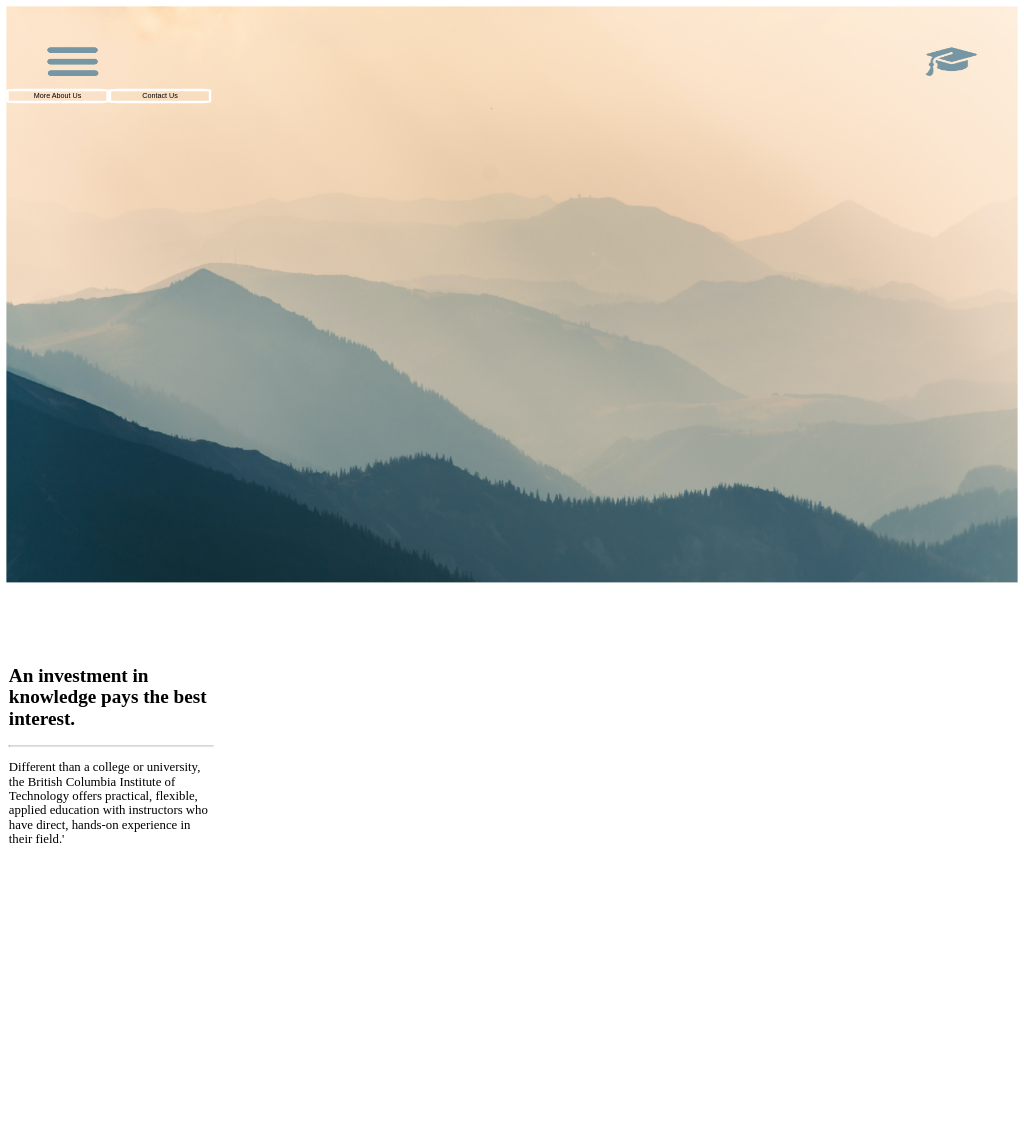
Repository: sierralaurent/MDIA2109-Assignment01
Page: /
The author's editor kept a copy of each file at every save. The page is drawn from the files as they stood at one save, then again after the next save.
The browser window is 1280 px wide. The pictures show the whole page, at 80% of full size.
The project was rebuilt for these pictures with package versions that can differ from the ones it lists, and the page was loaded fresh each time. The framework's server and built-in components were replaced by stand-ins that run in the browser. Also part of the build but not shown: next.config.js.

Above is the page before, as saved 2023-02-01 16:37:11.

### pages/index.js
import Head from 'next/head'
import Image from 'next/image'
import { Inter } from '@next/font/google'
import styles from '@/styles/Home.module.css'
import Link from 'next/link'

const inter = Inter({ subsets: ['latin'] })

export default function Home() {
  return (
    <>
    <nav>
      <Head>
        <title>Home</title>
        <meta name="author" content="MDIA 2109" />
        <meta property="og:title" content="Assignment #1 - Home Page" />
        <meta property="og:description" content="BCIT Digital Design and Development Diploma" />
        <link rel="icon" href="/favicon.png" />
        </Head>
        <main className={styles.main} >
          <div className={styles.nav}>
            <img src="icons/menu-icon.png" className={styles.icon1}/>
            <img src="icons/graduation-hat.png" className={styles.icon2}/>
          </div>
          <div className={styles.middle}>
            <h1>An investment in knowledge pays the best interest.</h1>
            <hr></hr>
            <p>Different than a college or university, the British Columbia Institute of Technology offers practical, flexible, applied education with instructors who have direct, hands-on experience in their field.'</p>
            </div>
            <div className={styles.buttons}>
            <Link href="/about">
          <button className={styles.butt}>More About Us</button>
        </Link>
        <Link href="/contact">
        <button className={styles.butt}>Contact Us</button>
        </Link>
            </div>
          <div className={styles.icon3}>
            <a href="/about">
              <span>
                <img
                src="icons/downwardArrow.png"
                />
              </span>
            </a>
          </div>
        </main>
    </nav>
    </>
  )
}

### styles/Home.module.css
.carouselImage {
  height: 200px;
  background-repeat: no-repeat;
  background-size: cover;
  display: flex;
  justify-content: center;
  align-items: center;
  margin: 40px 0px;
}
.main {
  background-image: url('../public/background-images/backgroundMountain.jpg');
  background-size: cover;
  height: 100vh;
  position: relative;
}

.intro {


}

.buttons {
  position: flex;
  justify-content: center;
  align-items: center;
}
.butt {
  border: 3px solid white;
  border-radius: 8%;
  background-color: transparent;
  width: 10vw;
  height: 2.5vh;
  max-width: 15vw;
  max-height: 5vh;
  font-size: 1.25vh;
}

.hr {

}

.middle {
  position: absolute;
  justify-content: center;
  align-items: center;
  height: 20vh;
  width: 20vw;
  border: 3px solid white;
  top: 50rem;
}

.icon1 {
  width: 5vw;
  height: 5vh;
  float: left;
}
.icon2 {
  width: 5vw;
  height: 5vh;
  float: right;
}
.icon3 {
  width: 5vw;
  height: 5vh;
  float: right;
  padding: 50%;
  padding-right: 10%;
}

.nav {
  padding: 4%;
}

Loaded but not shown: pages/_document.js (common file)

After the next save:
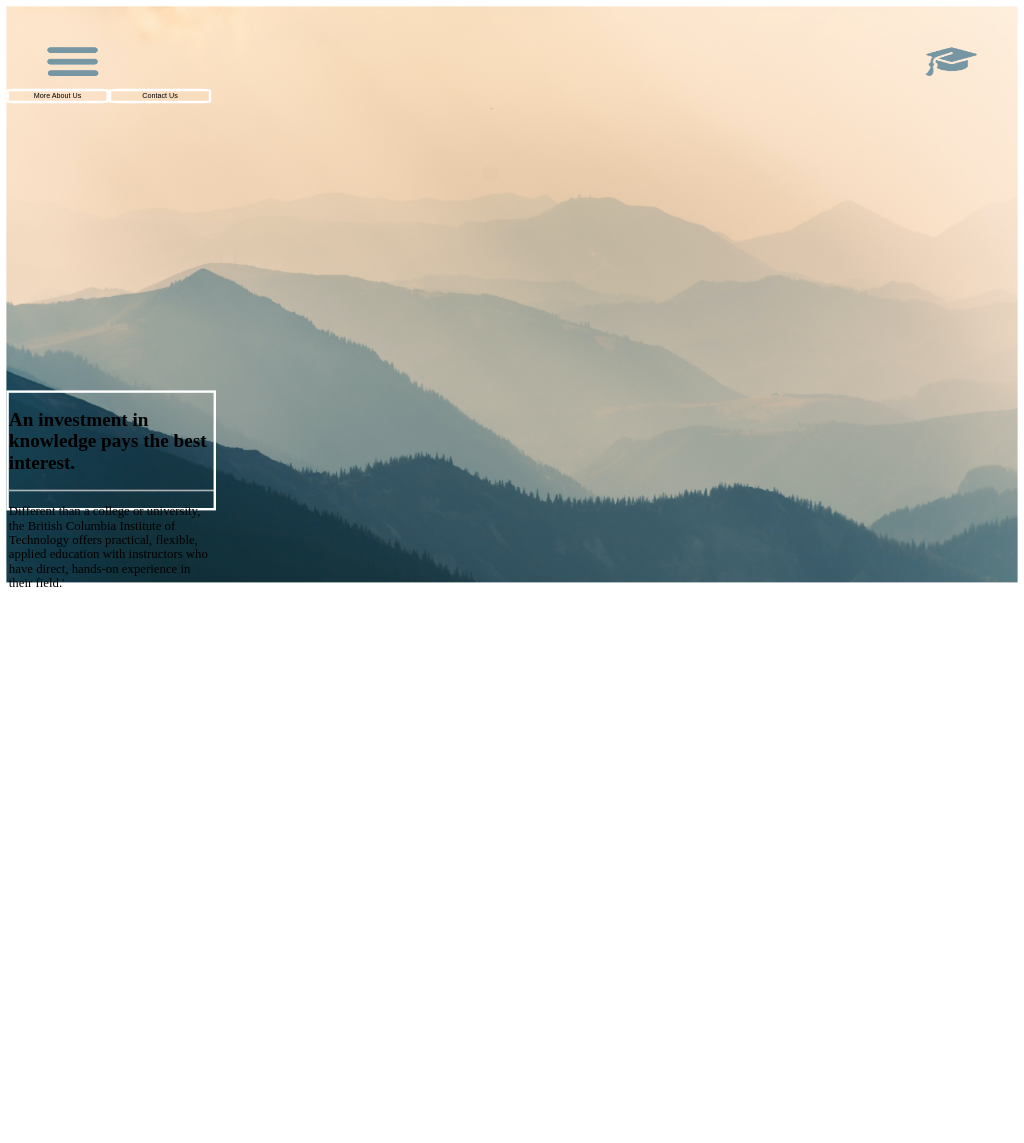
Saved 4 s later.
--- a/styles/Home.module.css
+++ b/styles/Home.module.css
@@ -46,7 +46,7 @@
   height: 20vh;
   width: 20vw;
   border: 3px solid white;
-  top: 50rem;
+  top: 30rem;
 }
 
 .icon1 {
